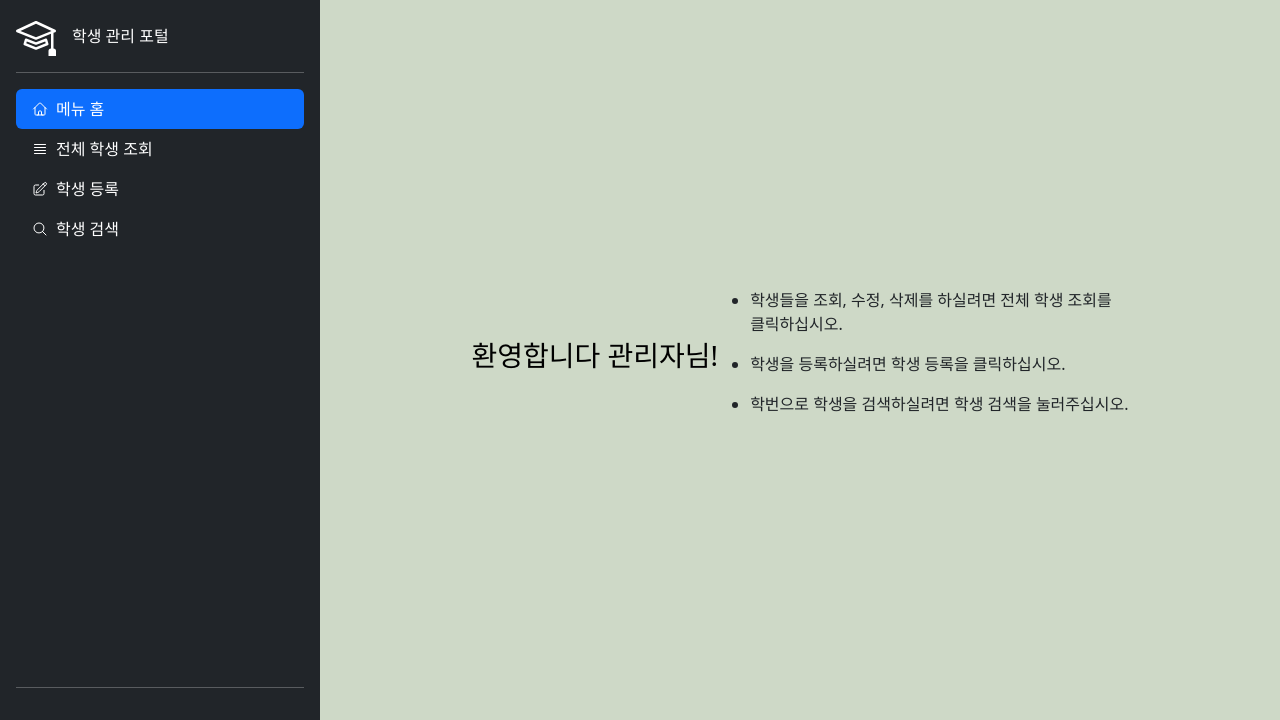
Repository: invisibleufo101/StudentManagementWeb
Page: HSW_Web/src/main/webapp/index.html
An editor plug-in stored every save of this project. The page is shown before and after the next save, followed by the edit.
The browser window is 1280 px wide. The pictures show the whole page.

Above is the page before, as saved 2024-09-19 12:06:56.

After the next save:
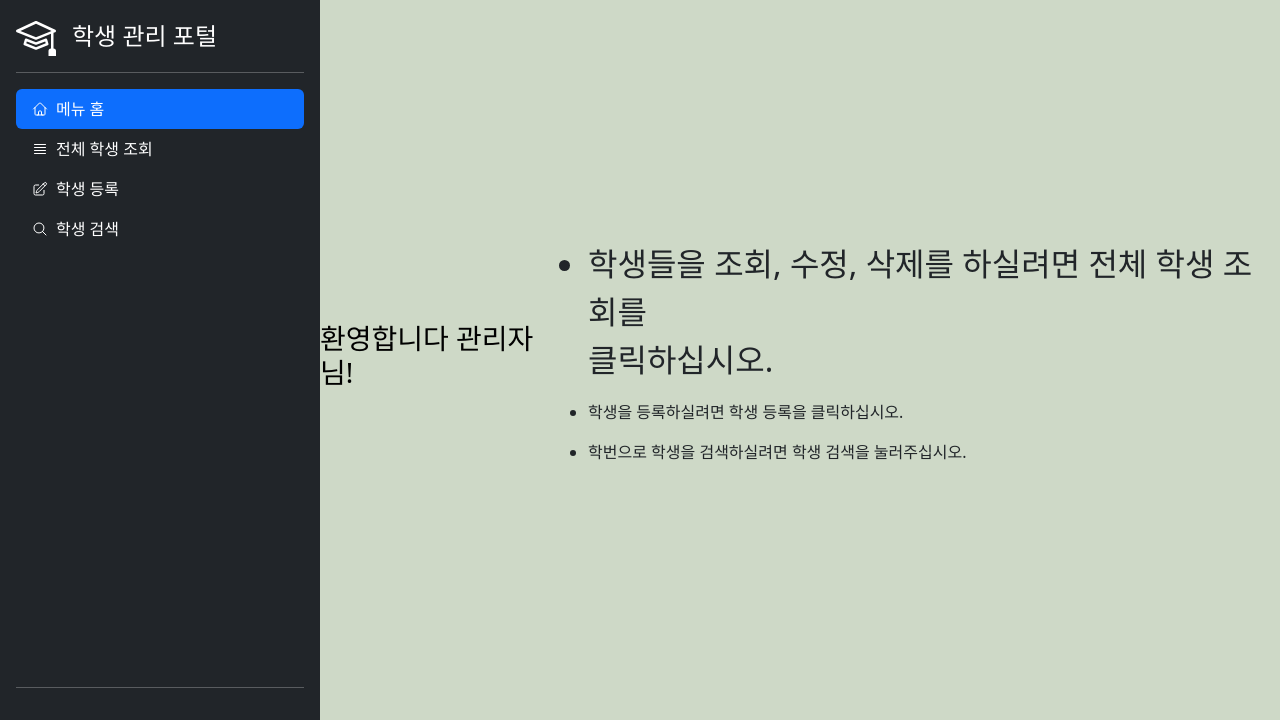
Saved 12 s later.
--- a/HSW_Web/src/main/webapp/index.html
+++ b/HSW_Web/src/main/webapp/index.html
@@ -18,7 +18,7 @@
 				 	<path d="M8.211 2.047a.5.5 0 0 0-.422 0l-7.5 3.5a.5.5 0 0 0 .025.917l7.5 3a.5.5 0 0 0 .372 0L14 7.14V13a1 1 0 0 0-1 1v2h3v-2a1 1 0 0 0-1-1V6.739l.686-.275a.5.5 0 0 0 .025-.917zM8 8.46 1.758 5.965 8 3.052l6.242 2.913z"/>
 				 	<path d="M4.176 9.032a.5.5 0 0 0-.656.327l-.5 1.7a.5.5 0 0 0 .294.605l4.5 1.8a.5.5 0 0 0 .372 0l4.5-1.8a.5.5 0 0 0 .294-.605l-.5-1.7a.5.5 0 0 0-.656-.327L8 10.466zm-.068 1.873.22-.748 3.496 1.311a.5.5 0 0 0 .352 0l3.496-1.311.22.748L8 12.46z"/>
 				</svg>
-				<span class="ms-3" style="font-size: 1rem;">학생 관리 포털</span>
+				<span class="ms-3" style="font-size: 1.5rem;">학생 관리 포털</span>
 			</a>
 			<hr/>
 			<ul class="nav nav-pills flex-column mb-auto">
@@ -66,11 +66,11 @@
 			<hr/>
 		</nav>
 		<!-- End of Navbar -->
-		<section class="d-flex justify-content-center align-items-center" style="width: 75vw; height: auto; background-color: #ced9c7;">
+		<section class="welecome-card d-flex justify-content-center align-items-center" style="width: 75vw; height: auto; background-color: #ced9c7;">
 <!-- 			<div class="d-flex flex-column align-items-center h-50 w-50 bg-white rounded-3 p-5"> -->
 				<h3 class="text-black">환영합니다 관리자님!</h3>
 				<ul class="text-decroation-none py-5 d-flex flex-column align-items-evenly justify-content-start">
-					<li class=" my-2">
+					<li class="fs-2 my-2">
 						학생들을 조회, 수정, 삭제를 하실려면 전체 학생 조회를 <br /> 클릭하십시오.
 					</li>
 
